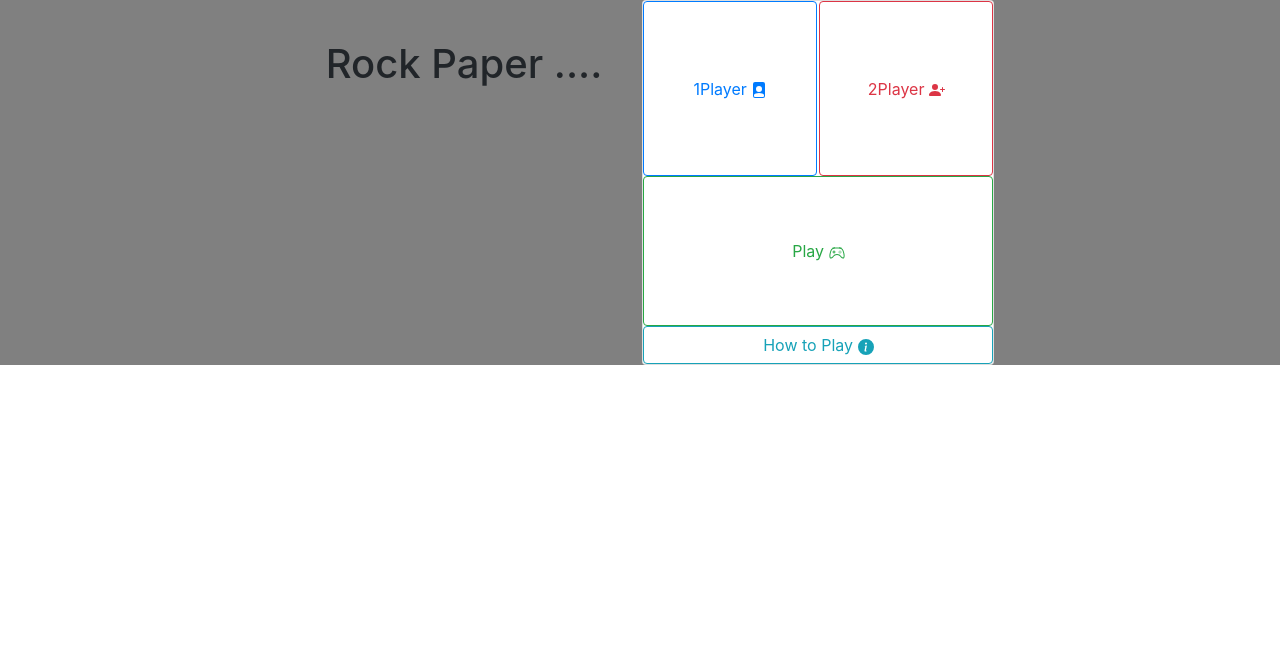
Repository: hossamsulleman1/Colllege-rock-paper-game
Page: index.html
The author's editor kept a copy of each file at every save. The page is drawn from the files as they stood at one save, then again after a run of saves.
The browser window is 1280 px wide. The pictures show the whole page.

Above is the page before, as saved 2020-09-17 00:32:57.

After the next 3 saves:
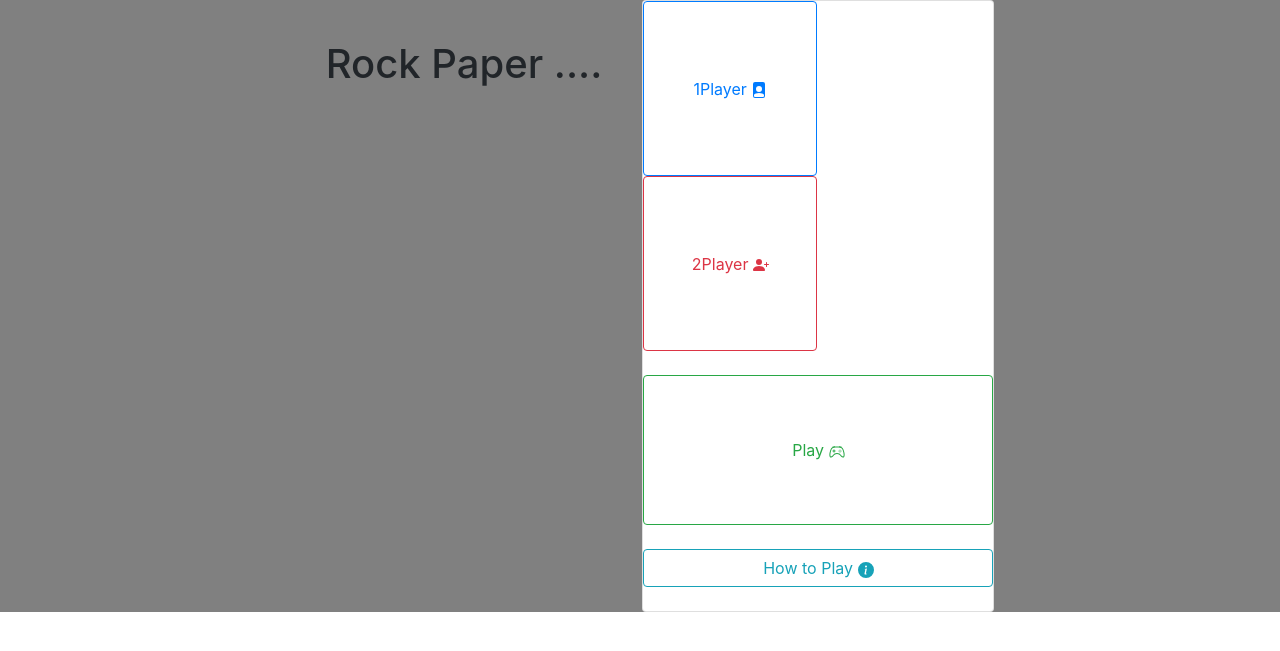
The 3 saves are shown as one change because they came seconds apart.
The last was saved 72 s later.
--- a/index.html
+++ b/index.html
@@ -12,7 +12,7 @@
    <div class="wall" style="width: 100%; height: 100%;">
       <h1 style="padding: 40px; text-align: center;">Rock Paper .... </h1>
     <div class="card" style="height:100%;">
-        <div id="contentCard">
+
 <button style="height: 175px; width: 174px; padding: 20px;" class="btn btn-outline-primary">
     1Player
     <svg width="1em" height="1em" viewBox="0 0 16 16" class="bi bi-file-person-fill" fill="currentColor" xmlns="http://www.w3.org/2000/svg">
